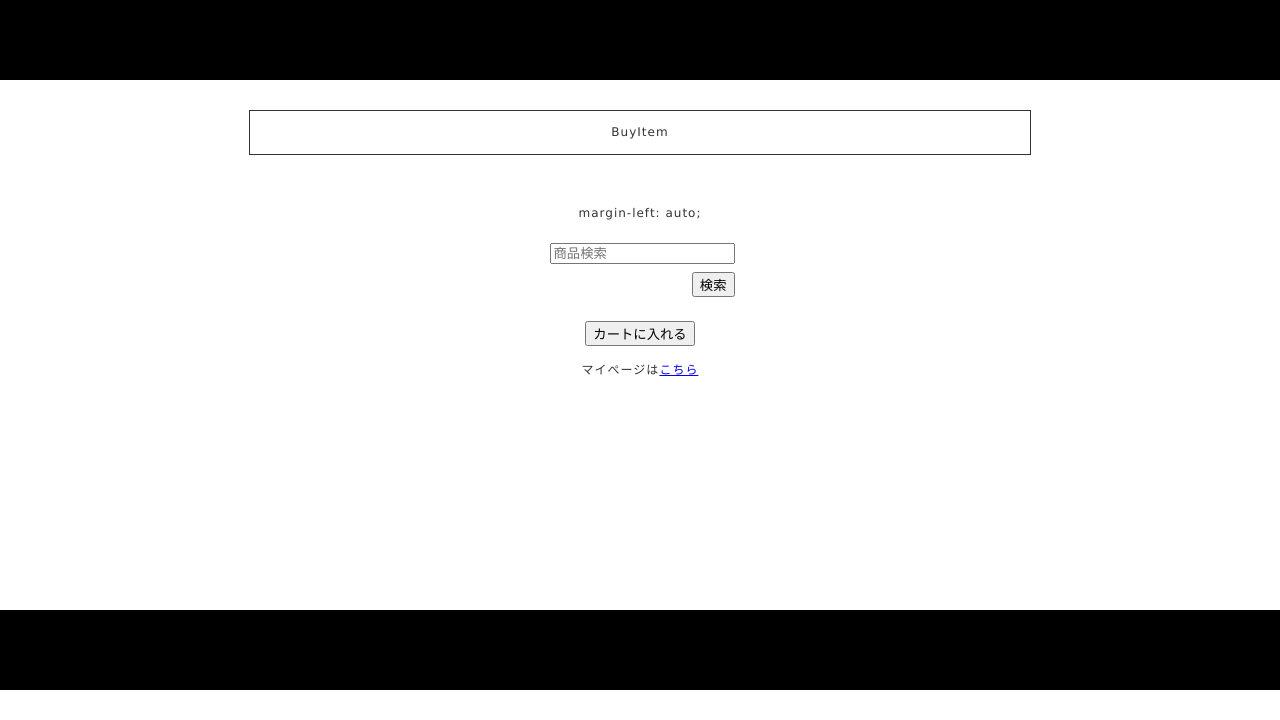
Repository: y321sudo/test2
Page: http://localhost/Yukazon/buyItem.jsp
The author's editor kept a copy of each file at every save. The page is drawn from the files as they stood at one save, then again after the next save.
The browser window is 1280 px wide. The pictures show the whole page.
The page is served by Tomcat 9. Other server files are loaded and not shown.

Above is the page before, as saved 2018-02-26 06:25:59.

### Yukazon/WebContent/buyItem.jsp
<%@ page language="java" contentType="text/html; charset=UTF-8" pageEncoding="UTF-8"%>
<%@ taglib prefix="s" uri="/struts-tags"%>
<!DOCTYPE html>
<html>
<head>
	<meta http-equiv="Content-Type" content="text/html; charset=utf-8" />
	<meta http-equiv="Content-Style-Type" content="text/css" />
	<meta http-equiv="Content-Script-Type" content="text/javascript" />
	<meta http-equiv="imagetoolbar" content="no" />
	<meta name="description" content="" />
	<meta name="keywords" content="" />

	<title>buyItem画面</title>

	<style type="text/css">
/* ========TAG LAYOUT======== */
	body {
		margin:0;
		padding:0;
		line-height:1.6;
		letter-spacing:1px;
		font-family:Verdana, Helvetica, sans-serif;
		font-size:12px;
		color:#333;
		background:#fff;
	}
	table {
		text-align:center;
		margin:0 auto;
	}
/* ========ID LAYOUT======== */
	#top {
		width:780px;
		margin:30px auto;
		border:1px solid #333;
	}
	#header {
		width: 100%;
		height: 80px;
		background-color: black;
	}
	#main {
		width: 100%;
		height: 500px;
		text-align: center;
	}
	#footer {
		width: 100%;
		height: 80px;
		background-color: black;
		clear:both;
	}
	.right {
    margin-left: auto;
}
	</style>
</head>
<body>
	<div id="header">
	</div>
	<div id="main">
		<div id="top">
			<p>BuyItem</p>
		</div>
<div>
		<s:form action="ItemSearchAction">

			<tr>
				<td><p class="right">
					<s:textfield name="searchWord" placeholder="商品検索"/>
				</p></td>
				<td>
					<s:submit value="検索"/><br>margin-left: auto;
				</td>
			</tr>

		</s:form>

		<s:if test="message != ''">
			<h3><s:property value="message" escape="false"/></h3>
		</s:if>

		<s:form action="BuyItemAction">
			<table>
				<s:iterator value="buyItemDTOList">

				<tr>
					<td>
						<h3><s:property value="itemName"/></h3>
					</td>
				</tr>



				<tr>
					<td>
						<span>値段</span>
					</td>
					<td>
						<s:property value="itemPrice" /><span>円</span>
					</td>
				</tr>
				<tr>
					<td>
						<span>在庫</span>
					</td>
					<td>
					<s:if test="item_stock>0">
						<s:property value="item_stock"/>
					</s:if>
					<s:else>
						<span>品切れ</span>
					</s:else>
					</td>
				</tr>

				<tr>
					<td>
						<span>購入個数</span>
					</td>
					<td>
					<s:if test="item_stock>0">
						<select name="count">
							<option value="0" selected="selected">0</option>
							<option value="1">1</option>
							<option value="2">2</option>
							<option value="3">3</option>
							<option value="4">4</option>
							<option value="5">5</option>
						</select>
					</s:if>
					<s:else>
						<select name="count">
							<option value="0" selected="selected">0</option>
						</select>
					</s:else>
					</td>
				</tr>
				<tr>
					<td>
						<br>
					</td>
				</tr>
				</s:iterator>

				<tr>
					<td>
						<s:submit value="カートに入れる"/>
					</td>
				</tr>

			</table>
		</s:form>

			<div>
				<p>マイぺージは<a href='<s:url action="MyPageAction" />'>こちら</a></p>
			</div>
		</div>
	</div>
	<div id="footer">
	</div>
</body>
</html>

After the next save:
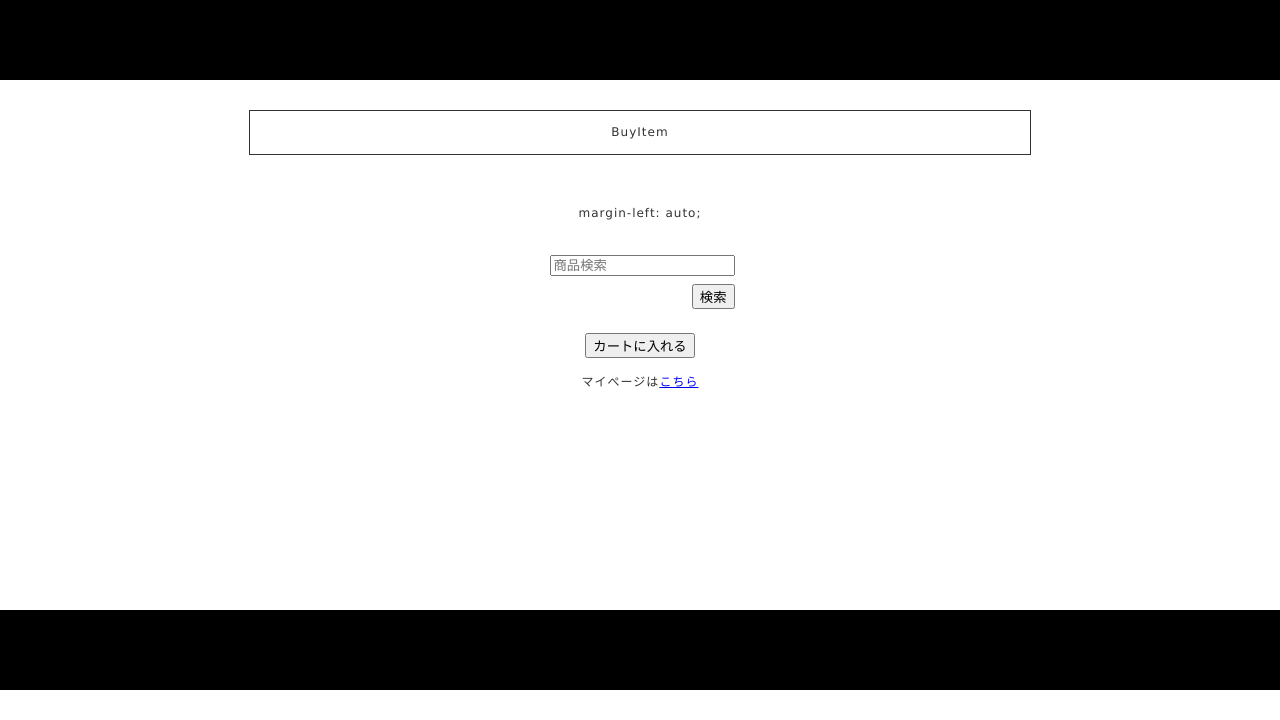
Saved 50 s later.
--- a/Yukazon/WebContent/buyItem.jsp
+++ b/Yukazon/WebContent/buyItem.jsp
@@ -68,9 +68,9 @@
 			<tr>
 				<td><p class="right">
 					<s:textfield name="searchWord" placeholder="商品検索"/>
-				</p></td>
+				<br>margin-left: auto;</p></td>
 				<td>
-					<s:submit value="検索"/><br>margin-left: auto;
+					<s:submit value="検索"/>
 				</td>
 			</tr>
 
